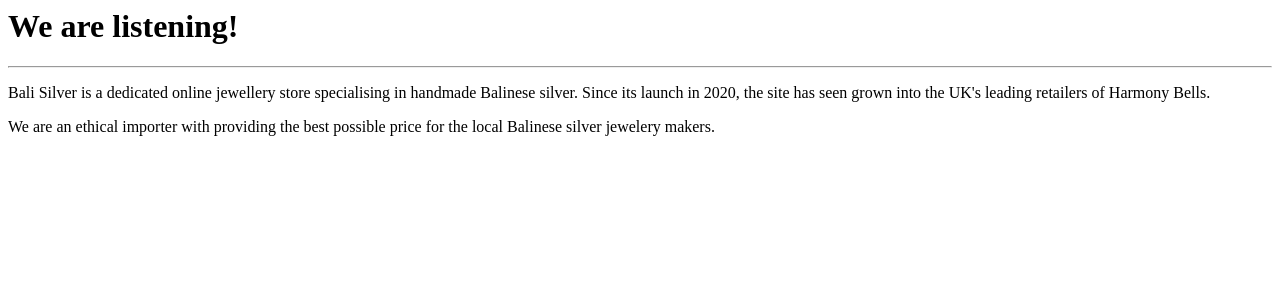
Repository: bandyp/djandy-ecommerce
Page: contact/templates/message.html
The author's editor kept a record of every edit. The page is drawn from the files as they stood at one moment, then again after the next edit.
The browser window is 1280 px wide. The pictures show the whole page.
The template is drawn by Django 2.2. The application's start-up code is not run. The template is opened directly, without the code that normally fills it, so the values that code supplies are empty.

Above is the page before.

After the next edit:
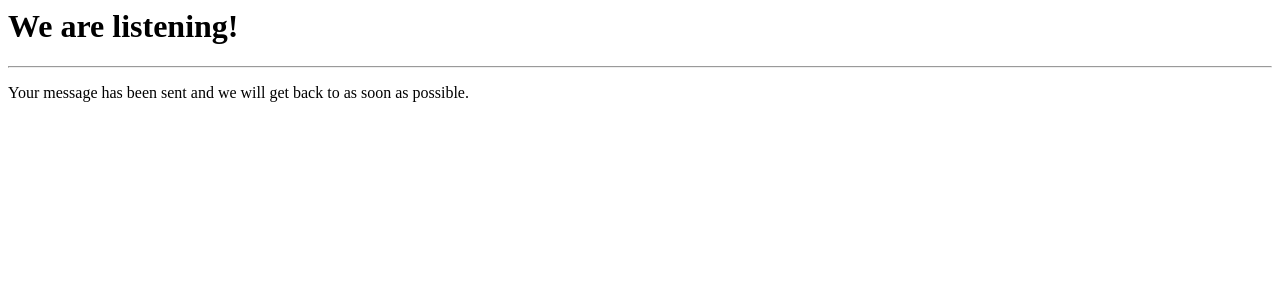
The edit:
--- a/contact/templates/message.html
+++ b/contact/templates/message.html
@@ -6,11 +6,7 @@
             <h1>We are listening!</h1>
             <hr>
             <p>
-                Bali Silver is a dedicated online jewellery store specialising in handmade Balinese silver.
-                Since its launch in 2020, the site has seen grown into the UK's leading retailers of Harmony Bells.
-            </p>
-            <p>
-                We are an ethical importer with providing the best possible price for the local Balinese silver jewelery makers.
+                Your message has been sent and we will get back to as soon as possible.
             </p>
         </div>
     </div>
